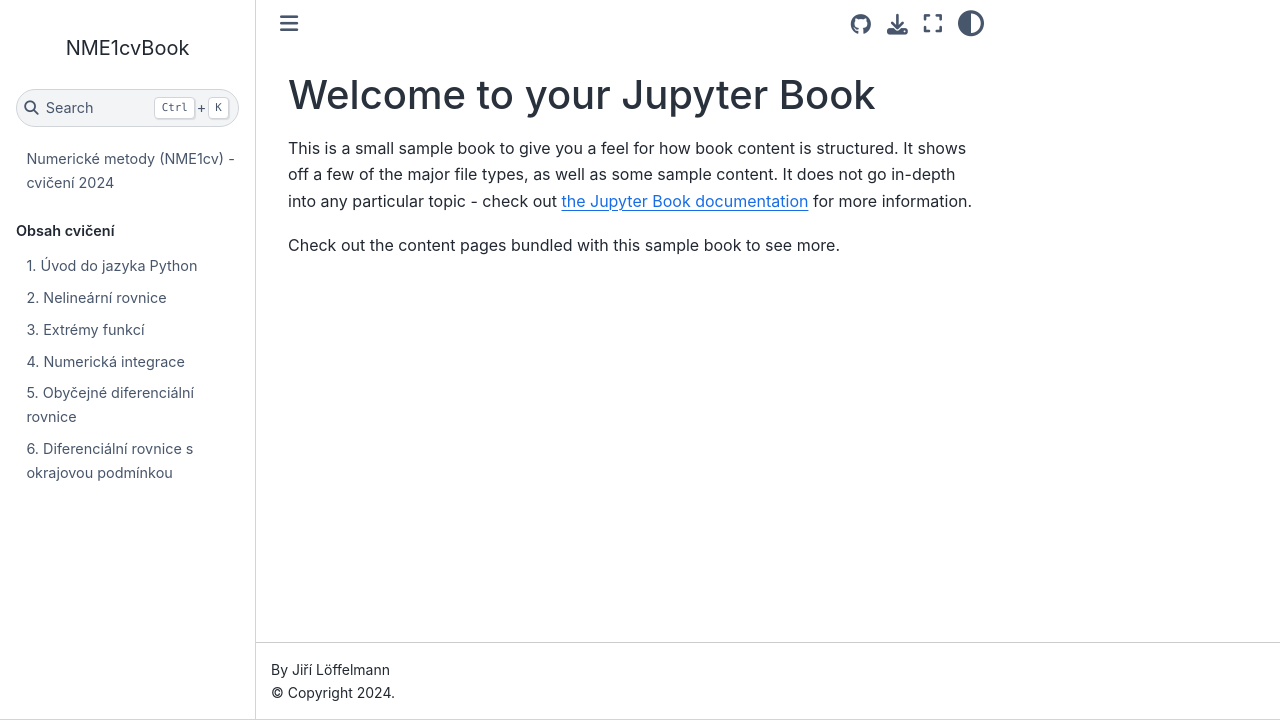
Repository: loepa01/NME1cvBook
Page: intro.html
The author's editor kept a copy of each file at every save. The page is drawn from the files as they stood at one save, then again after the next save.
The browser window is 1280 px wide. The pictures show the whole page.

Above is the page before, as saved 2024-04-08 16:17:46.
Console error: SyntaxError: Identifier 'THEBE_JS_URL' has already been declared

After the next save:
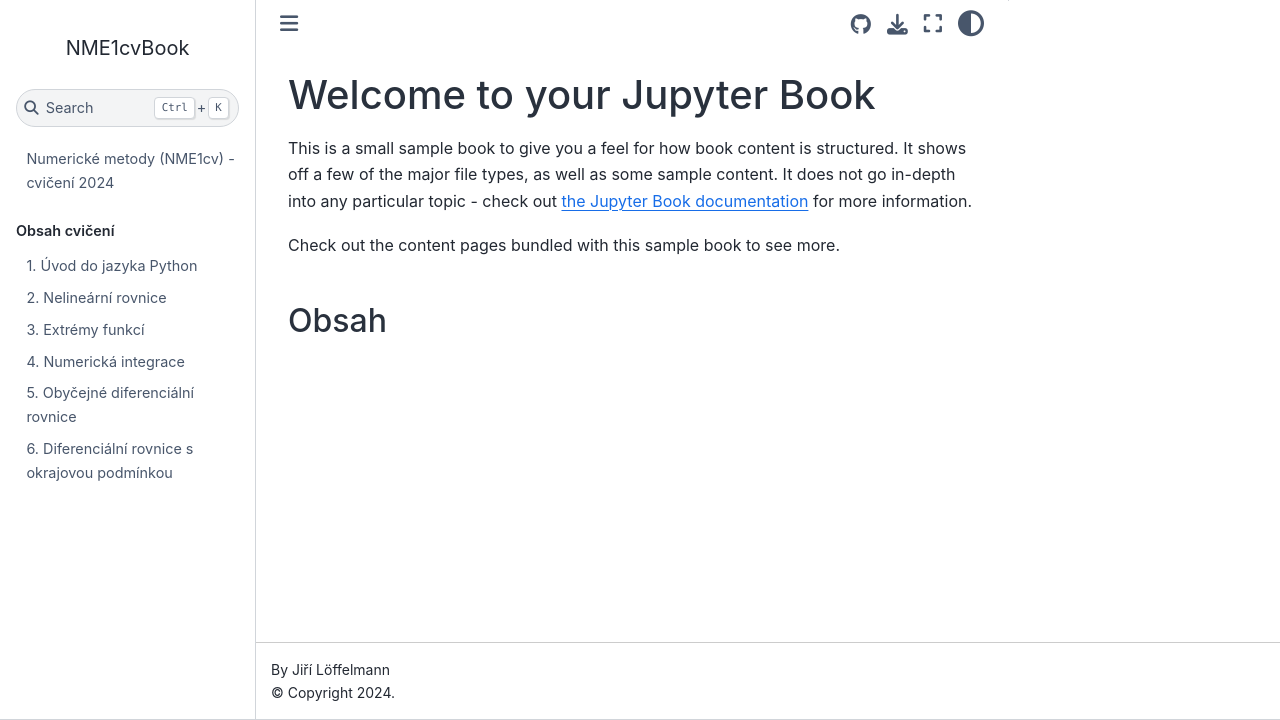
Saved 10 s later.
--- a/intro.html
+++ b/intro.html
@@ -57,7 +57,7 @@
     <script async="async" src="../_static/sphinx-thebe.js?v=c100c467"></script>
     <script>var togglebuttonSelector = '.toggle, .admonition.dropdown';</script>
     <script>const THEBE_JS_URL = "https://unpkg.com/thebe@0.8.2/lib/index.js"; const thebe_selector = ".thebe,.cell"; const thebe_selector_input = "pre"; const thebe_selector_output = ".output, .cell_output"</script>
-    <script>DOCUMENTATION_OPTIONS.pagename = '.history/intro_20240408135422';</script>
+    <script>DOCUMENTATION_OPTIONS.pagename = '.history/intro_20240408161756';</script>
     <link rel="icon" href="../_static/cphys.png"/>
     <link rel="index" title="Index" href="../genindex.html" />
     <link rel="search" title="Search" href="../search.html" />
@@ -250,7 +250,7 @@
 
 
 
-      <li><a href="https://github.com/loepa01/NME1cvBook/issues/new?title=Issue%20on%20page%20%2F.history/intro_20240408135422.html&body=Your%20issue%20content%20here." target="_blank"
+      <li><a href="https://github.com/loepa01/NME1cvBook/issues/new?title=Issue%20on%20page%20%2F.history/intro_20240408161756.html&body=Your%20issue%20content%20here." target="_blank"
    class="btn btn-sm btn-source-issues-button dropdown-item"
    title="Open an issue"
    data-bs-placement="left" data-bs-toggle="tooltip"
@@ -280,7 +280,7 @@
 
 
 
-      <li><a href="../_sources/.history/intro_20240408135422.md" target="_blank"
+      <li><a href="../_sources/.history/intro_20240408161756.md" target="_blank"
    class="btn btn-sm btn-download-source-button dropdown-item"
    title="Download source file"
    data-bs-placement="left" data-bs-toggle="tooltip"
@@ -351,7 +351,9 @@
   </button>
 `);
 </script>
-
+<label class="sidebar-toggle secondary-toggle btn btn-sm" for="__secondary"title="Toggle secondary sidebar" data-bs-placement="bottom" data-bs-toggle="tooltip">
+    <span class="fa-solid fa-list"></span>
+</label>
 </div></div>
 
     </div>
@@ -367,6 +369,14 @@
     <div id="print-main-content">
         <div id="jb-print-toc">
 
+            <div>
+                <h2> Contents </h2>
+            </div>
+            <nav aria-label="Page">
+                <ul class="visible nav section-nav flex-column">
+<li class="toc-h2 nav-item toc-entry"><a class="reference internal nav-link" href="#obsah">Obsah</a></li>
+</ul>
+            </nav>
         </div>
     </div>
 </div>
@@ -383,6 +393,9 @@
 It shows off a few of the major file types, as well as some sample content.
 It does not go in-depth into any particular topic - check out <a class="reference external" href="https://jupyterbook.org">the Jupyter Book documentation</a> for more information.</p>
 <p>Check out the content pages bundled with this sample book to see more.</p>
+<section id="obsah">
+<h2>Obsah<a class="headerlink" href="#obsah" title="Link to this heading">#</a></h2>
+</section>
 </section>
 
     <script type="text/x-thebe-config">
@@ -422,7 +435,20 @@
 
 
 
-                <div class="bd-sidebar-secondary bd-toc"></div>
+                <div class="bd-sidebar-secondary bd-toc"><div class="sidebar-secondary-items sidebar-secondary__inner">
+
+
+  <div class="sidebar-secondary-item">
+  <div class="page-toc tocsection onthispage">
+    <i class="fa-solid fa-list"></i> Contents
+  </div>
+  <nav class="bd-toc-nav page-toc">
+    <ul class="visible nav section-nav flex-column">
+<li class="toc-h2 nav-item toc-entry"><a class="reference internal nav-link" href="#obsah">Obsah</a></li>
+</ul>
+  </nav></div>
+
+</div></div>
 
 
           </div>

After the save that followed:
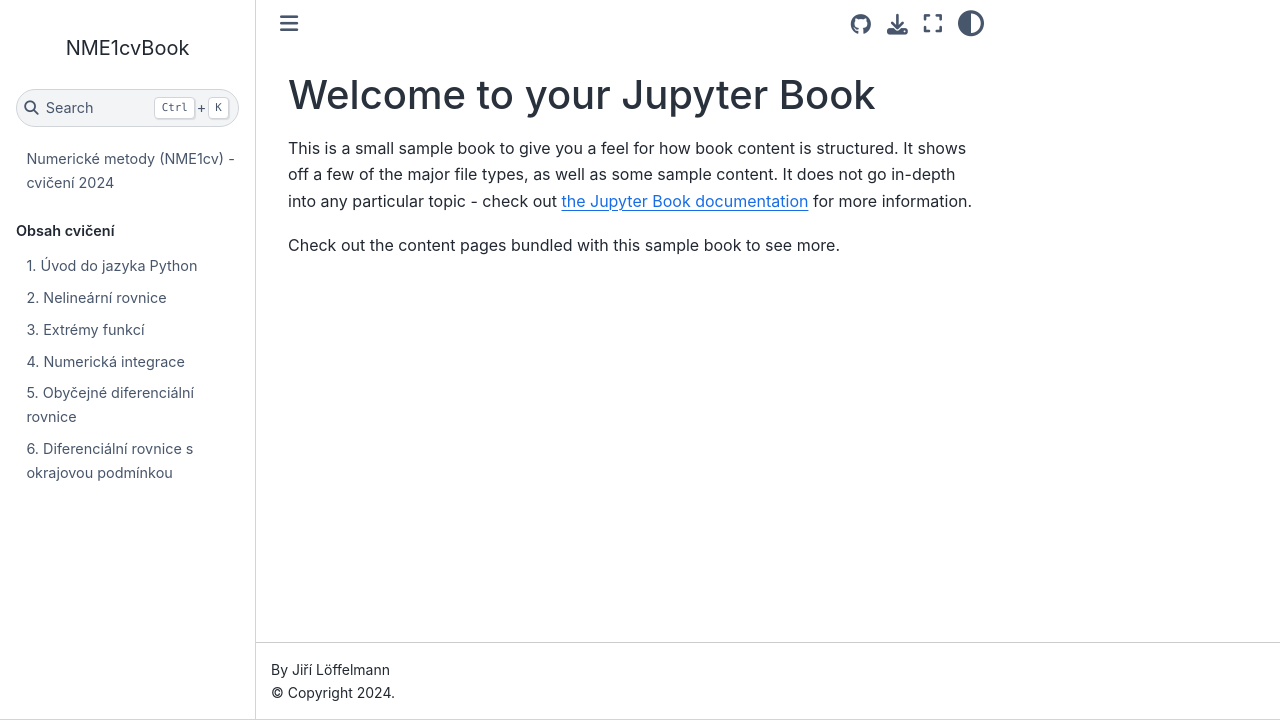
Saved 3 min 40 s later.
--- a/intro.html
+++ b/intro.html
@@ -57,7 +57,7 @@
     <script async="async" src="../_static/sphinx-thebe.js?v=c100c467"></script>
     <script>var togglebuttonSelector = '.toggle, .admonition.dropdown';</script>
     <script>const THEBE_JS_URL = "https://unpkg.com/thebe@0.8.2/lib/index.js"; const thebe_selector = ".thebe,.cell"; const thebe_selector_input = "pre"; const thebe_selector_output = ".output, .cell_output"</script>
-    <script>DOCUMENTATION_OPTIONS.pagename = '.history/intro_20240408161756';</script>
+    <script>DOCUMENTATION_OPTIONS.pagename = '.history/intro_20240408162136';</script>
     <link rel="icon" href="../_static/cphys.png"/>
     <link rel="index" title="Index" href="../genindex.html" />
     <link rel="search" title="Search" href="../search.html" />
@@ -250,7 +250,7 @@
 
 
 
-      <li><a href="https://github.com/loepa01/NME1cvBook/issues/new?title=Issue%20on%20page%20%2F.history/intro_20240408161756.html&body=Your%20issue%20content%20here." target="_blank"
+      <li><a href="https://github.com/loepa01/NME1cvBook/issues/new?title=Issue%20on%20page%20%2F.history/intro_20240408162136.html&body=Your%20issue%20content%20here." target="_blank"
    class="btn btn-sm btn-source-issues-button dropdown-item"
    title="Open an issue"
    data-bs-placement="left" data-bs-toggle="tooltip"
@@ -280,7 +280,7 @@
 
 
 
-      <li><a href="../_sources/.history/intro_20240408161756.md" target="_blank"
+      <li><a href="../_sources/.history/intro_20240408162136.md" target="_blank"
    class="btn btn-sm btn-download-source-button dropdown-item"
    title="Download source file"
    data-bs-placement="left" data-bs-toggle="tooltip"
@@ -351,9 +351,7 @@
   </button>
 `);
 </script>
-<label class="sidebar-toggle secondary-toggle btn btn-sm" for="__secondary"title="Toggle secondary sidebar" data-bs-placement="bottom" data-bs-toggle="tooltip">
-    <span class="fa-solid fa-list"></span>
-</label>
+
 </div></div>
 
     </div>
@@ -369,14 +367,6 @@
     <div id="print-main-content">
         <div id="jb-print-toc">
 
-            <div>
-                <h2> Contents </h2>
-            </div>
-            <nav aria-label="Page">
-                <ul class="visible nav section-nav flex-column">
-<li class="toc-h2 nav-item toc-entry"><a class="reference internal nav-link" href="#obsah">Obsah</a></li>
-</ul>
-            </nav>
         </div>
     </div>
 </div>
@@ -393,9 +383,6 @@
 It shows off a few of the major file types, as well as some sample content.
 It does not go in-depth into any particular topic - check out <a class="reference external" href="https://jupyterbook.org">the Jupyter Book documentation</a> for more information.</p>
 <p>Check out the content pages bundled with this sample book to see more.</p>
-<section id="obsah">
-<h2>Obsah<a class="headerlink" href="#obsah" title="Link to this heading">#</a></h2>
-</section>
 </section>
 
     <script type="text/x-thebe-config">
@@ -435,20 +422,7 @@
 
 
 
-                <div class="bd-sidebar-secondary bd-toc"><div class="sidebar-secondary-items sidebar-secondary__inner">
-
-
-  <div class="sidebar-secondary-item">
-  <div class="page-toc tocsection onthispage">
-    <i class="fa-solid fa-list"></i> Contents
-  </div>
-  <nav class="bd-toc-nav page-toc">
-    <ul class="visible nav section-nav flex-column">
-<li class="toc-h2 nav-item toc-entry"><a class="reference internal nav-link" href="#obsah">Obsah</a></li>
-</ul>
-  </nav></div>
-
-</div></div>
+                <div class="bd-sidebar-secondary bd-toc"></div>
 
 
           </div>
